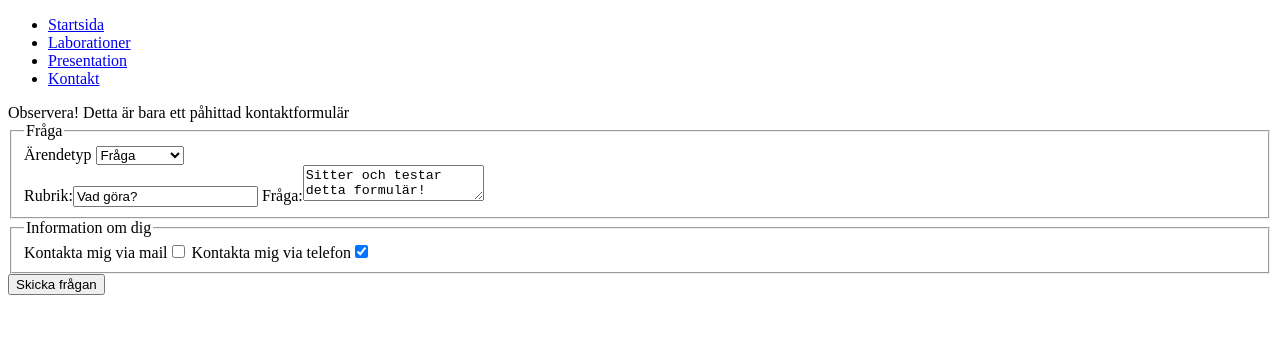
Repository: ej222ru/1IK415-laborationer
Page: pages/kontakt.html
The author's editor kept a record of every edit. The page is drawn from the files as they stood at one moment, then again after the next edit.
The browser window is 1280 px wide. The pictures show the whole page.

Above is the page before.

After the next edit:
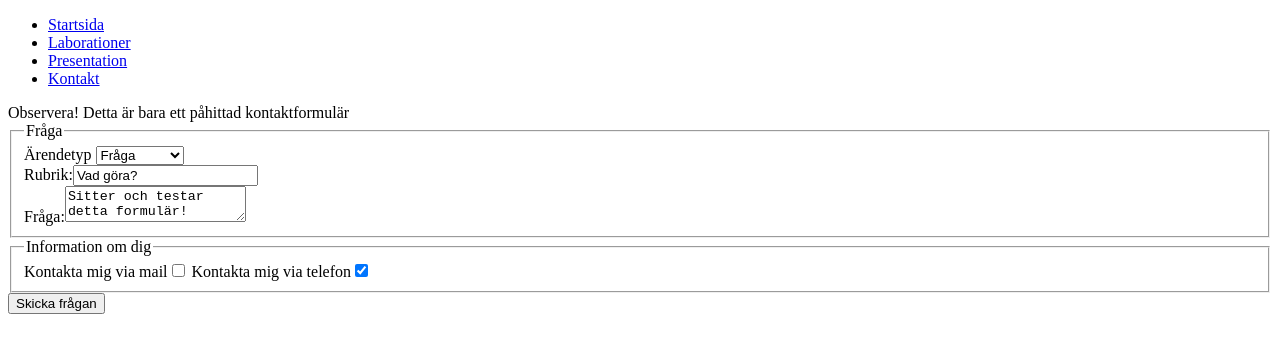
The edit:
--- a/pages/kontakt.html
+++ b/pages/kontakt.html
@@ -30,8 +30,12 @@
                 </div>
 <!--    for in label have the same name as id in input
 -->
-                <label for="Rubrik">Rubrik:</label><input type="text" name="Rubrik" id="Rubrik" value="Vad göra?">
-                <label for="comments">Fråga:</label><textarea name="Fråga" id="comments">Sitter och testar detta formulär!</textarea>
+                <div>
+                    <label for="Rubrik">Rubrik:</label><input type="text" name="Rubrik" id="Rubrik" value="Vad göra?">
+                </div>
+                <div>
+                    <label for="comments">Fråga:</label><textarea name="Fråga" id="comments">Sitter och testar detta formulär!</textarea>
+                </div>
             </fieldset>
             <fieldset>
                 <legend>Information om dig</legend>
